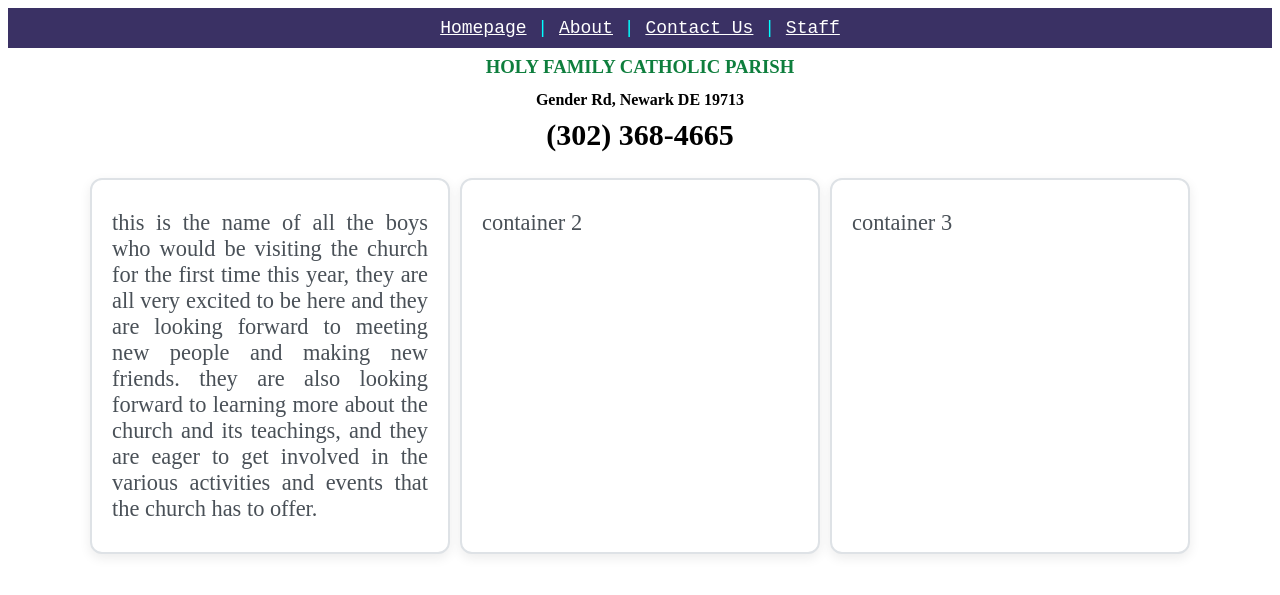
Repository: ficotims/HTML-RESTART
Page: Homepage.html
The author's editor kept a copy of each file at every save. The page is drawn from the files as they stood at one save, then again after the next save.
The browser window is 1280 px wide. The pictures show the whole page.

Above is the page before, as saved 2026-02-10 23:02:20.

### Homepage.html
<!doctype html>
<html lang="en">
  <head>
    <meta charset="UTF-8" />
    <meta name="viewport" content="width=device-width, initial-scale=1.0" />
      <title>HTML Crash course with Iman Musa</title>
    <link rel="stylesheet" href="Style 1.css"/>

      </head>
<body

     <!-- NAVIGATION SECTION -->
        <div style="background-color: rgb(58, 49, 100); padding: 10px; text-align: center; color: aqua; font-size: 18px; font-family: monospace, Lemon milk;">
    <a href="Homepage.html" target="_top" style="color: white;">Homepage</a> |
    <a href="about.html" style="color: white;">About</a> | <a href="Contact us.html" style="color: white;">Contact Us</a> |
    <a href="staff.html" style="color: white;">Staff</a>
     </div>

 <div style="text-align: center;">
    <h3><span style="color: rgb(14, 126, 61);"><div style="line-height: 0;">HOLY FAMILY CATHOLIC PARISH</b></span></h3>
    <H4 span style="line-height: 1.5;">Gender Rd, Newark DE 19713 <br><span style="font-size: 30px;">(302) 368-4665</span></sapn></H4>

 </div>



 <!-- CONTAINERS -->
  <div class="container">
  <div class="box">
    this is the name of all the boys who would be visiting the church for the first time this year, they are all very excited to be here and they are looking forward to meeting new people and making new friends. they are also looking forward to learning more about the church and its teachings, and they are eager to get involved in the various activities and events that the church has to offer.
  </div>
  <div class="box">
    container 2
  </div>
  <div class="box">
    container 3
  </div>
</div>

  </body>
</html>

### Style 1.css
.carton
{padding: 10px;
border: 1px solid #aed1e6;
margin: 50px;}

.container {
  max-width: 1100px;
  margin: 0 auto;
    display: flex;              /* ← this is the magic line */
  gap: 10px;                  /* space between boxes */
  flex-wrap: wrap;            /* boxes go to next line on small screens */
  justify-content: center;    /* centers the whole row if fewer than 3 fit */
}

.box {
  flex: 1;             /* each box grows equally */
  min-width: 220px;    /* prevents them from becoming too narrow */
  background: #ffffff;
  border: 2px solid #dee2e6;
  border-radius: 12px;
  padding: 30px 20px;
  text-align: justify;
  font-size: 1.4rem;
  font-weight: 100;
  color: #495057;
  box-shadow: 0 4px 12px rgba(0,0,0,0.08);
}

/* Optional: hover effect */
.box:hover {
  transform: translateY(-6px);
  box-shadow: 0 12px 28px rgba(0,0,0,0.14);
}

After the next save:
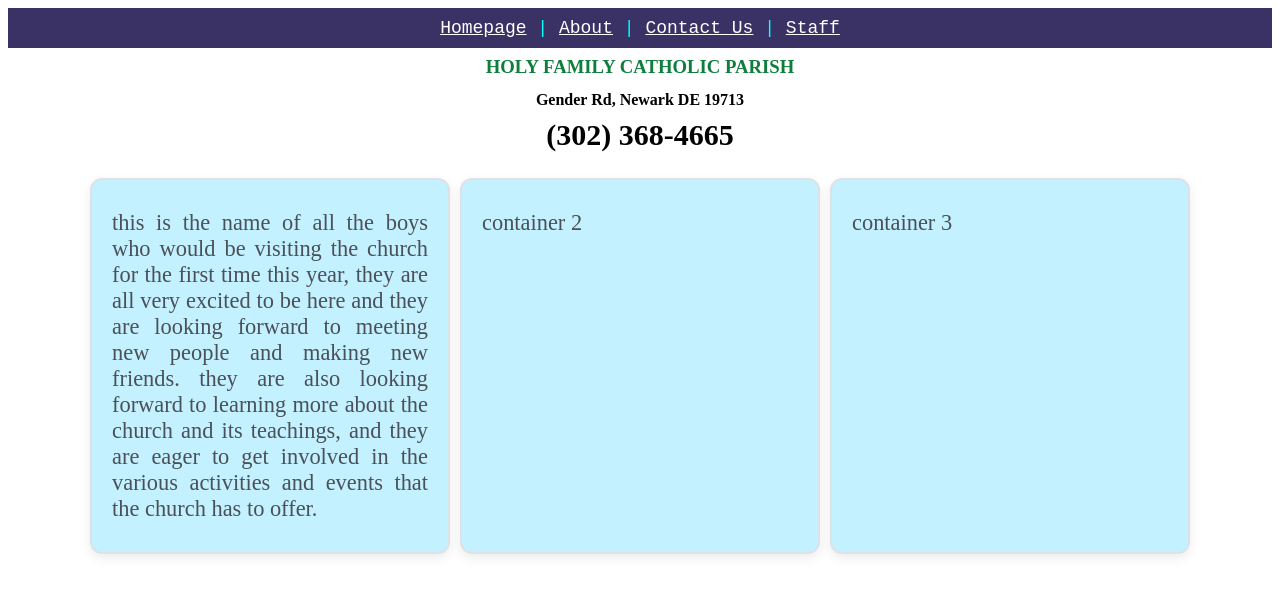
Saved 31 s later.
--- a/Style 1.css
+++ b/Style 1.css
@@ -15,7 +15,7 @@ margin: 50px;}
 .box {
   flex: 1;             /* each box grows equally */
   min-width: 220px;    /* prevents them from becoming too narrow */
-  background: #ffffff;
+  background: #c4f1ff;
   border: 2px solid #dee2e6;
   border-radius: 12px;
   padding: 30px 20px;
